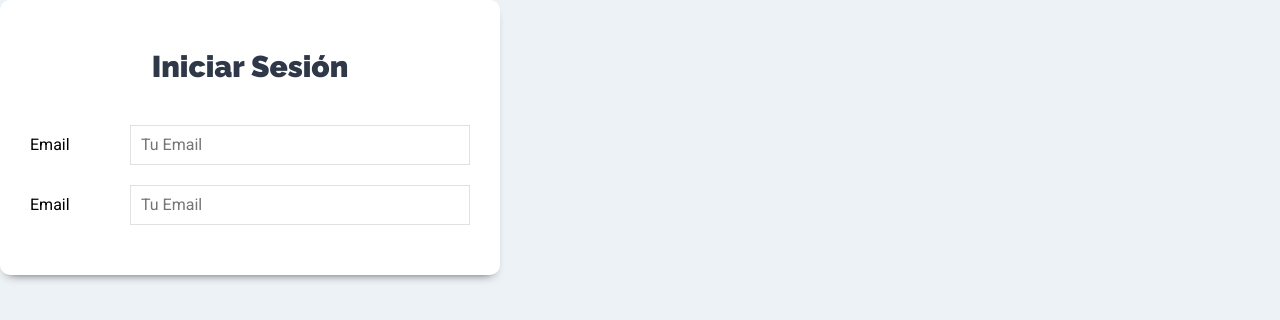
Repository: tive02/MERNTask-cliente
Page: /
The author's editor kept a copy of each file at every save. The page is drawn from the files as they stood at one save, then again after the next save.
The browser window is 1280 px wide. The pictures show the whole page.
The project was rebuilt for these pictures with package versions that can differ from the ones it lists, and the page was loaded fresh each time. Also part of the build but not shown: src/components/auth/NuevaConsulta.js, src/components/proyectos/Proyectos.js.

Above is the page before, as saved 2021-03-19 19:39:22.

After the next save:
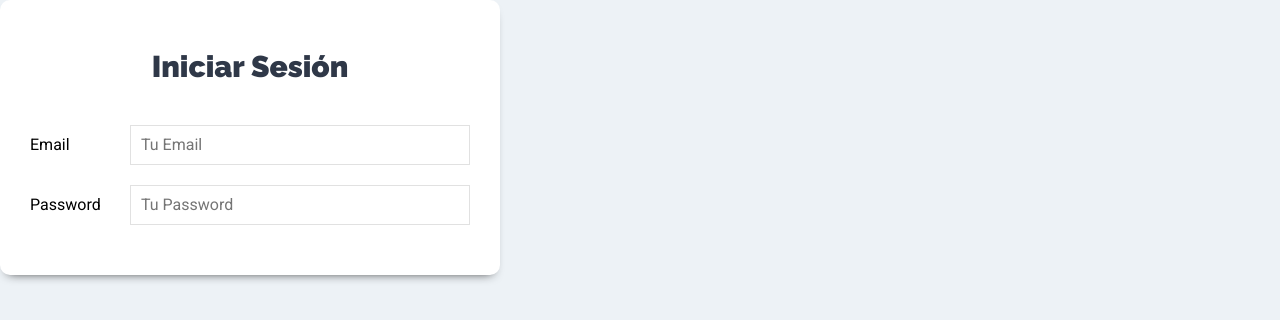
Saved 73 s later.
--- a/src/components/auth/Login.js
+++ b/src/components/auth/Login.js
@@ -18,12 +18,12 @@ const Login = () => {
             />
           </div>
           <div className="campo-form">
-            <label htmlFor="email">Email </label>
+            <label htmlFor="password">Password </label>
             <input
-              type="email"
-              id="email"
-              name="email"
-              placeholder="Tu Email"
+              type="password"
+              id="password"
+              name="password"
+              placeholder="Tu Password"
               onChange={onChange}
             />
           </div>
